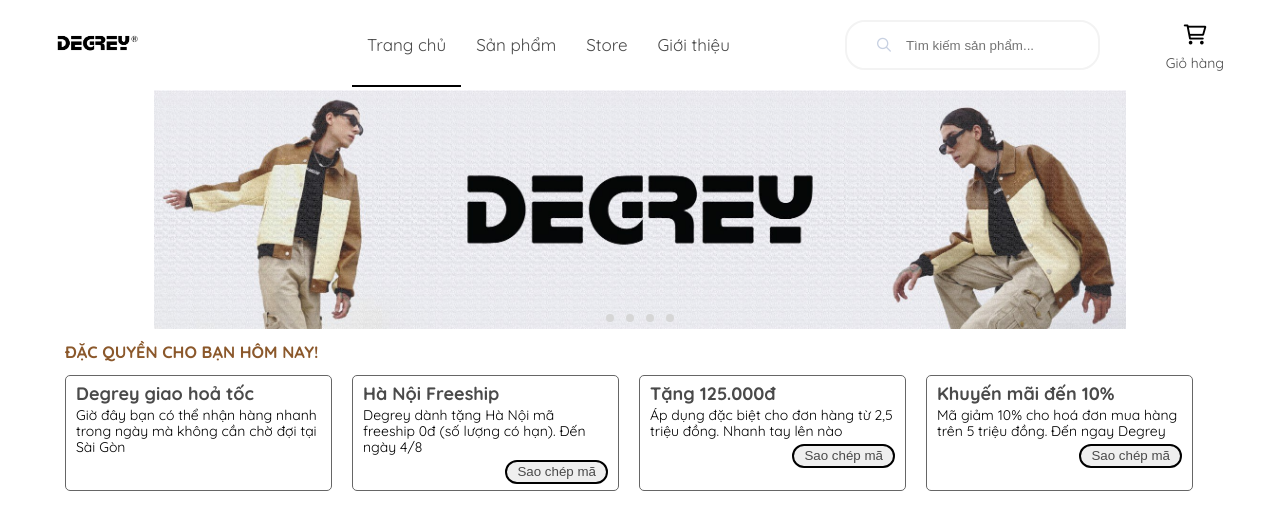
Repository: hieu-dev-1/degrey1
Page: index.html
An editor plug-in stored every save of this project. The page is shown before and after the next save, followed by the edit.
The browser window is 1280 px wide. The pictures show the whole page.

Above is the page before, as saved 2022-08-13 09:58:42.

After the next save:
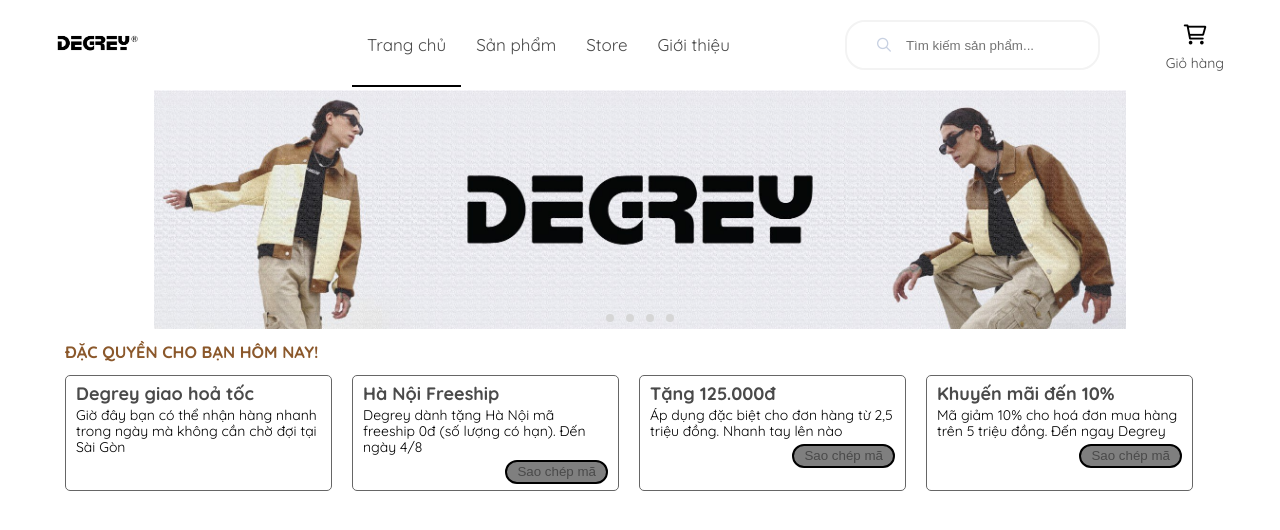
Saved 36 s later.
--- a/assets/css/main.css
+++ b/assets/css/main.css
@@ -207,7 +207,7 @@
 
 .web__container-copy-btn {
     border: 2px solid #000;
-    background-color: ;
+    background-color: rgba(0,0,0,0.5);
     border-radius: 15px;
     color: var(--text-color);
     padding: 2px 10px 3px;
